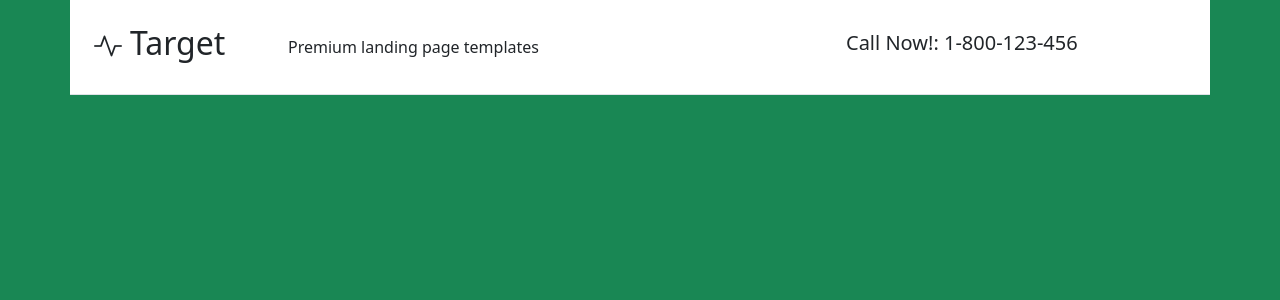
Repository: lyvandat/dh---bootstrap1
Page: index.html
These files come from the project's save history. The page is drawn as it stood at one moment and after the next save; the edit follows.
The browser window is 1280 px wide. The pictures show the whole page.
Some web libraries are served in a nearby version.

Above is the page before, as saved 2022-11-01 19:49:03.

### index.html
<!DOCTYPE html>
<html lang="en">
  <head>
    <!-- Required meta tags -->
    <meta charset="utf-8" />
    <meta name="viewport" content="width=device-width, initial-scale=1" />

    <!-- Bootstrap CSS -->
    <link
      href="https://cdn.jsdelivr.net/npm/bootstrap@5.0.2/dist/css/bootstrap.min.css"
      rel="stylesheet"
      integrity="sha384-EVSTQN3/azprG1Anm3QDgpJLIm9Nao0Yz1ztcQTwFspd3yD65VohhpuuCOmLASjC"
      crossorigin="anonymous"
    />
    <link
      rel="stylesheet"
      href="https://cdn.jsdelivr.net/npm/bootstrap-icons@1.9.1/font/bootstrap-icons.css"
    />
    <title>Hello, world!</title>
  </head>
  <body class="bg-success">
    <div
      class="container align-items-center bg-white p-4 border-bottom border-gray"
    >
      <div class="row">
        <div class="col-2 d-inline-flex me-2">
          <i class="bi bi-activity fs-3 me-2"></i>
          <h2>Target</h2>
        </div>
        <div class="col-6 d-flex align-items-center">
          <div class="text-gray font-style-italic">
            Premium landing page templates
          </div>
        </div>
        <div class="col-3 d-flex align-items-center">
          <h3 class="fs-5">Call Now!: 1-800-123-456</h3>
        </div>
      </div>
    </div>

    <!-- Optional JavaScript; choose one of the two! -->

    <!-- Option 1: Bootstrap Bundle with Popper -->
    <script
      src="https://cdn.jsdelivr.net/npm/bootstrap@5.0.2/dist/js/bootstrap.bundle.min.js"
      integrity="sha384-MrcW6ZMFYlzcLA8Nl+NtUVF0sA7MsXsP1UyJoMp4YLEuNSfAP+JcXn/tWtIaxVXM"
      crossorigin="anonymous"
    ></script>
  </body>
</html>

After the next save:
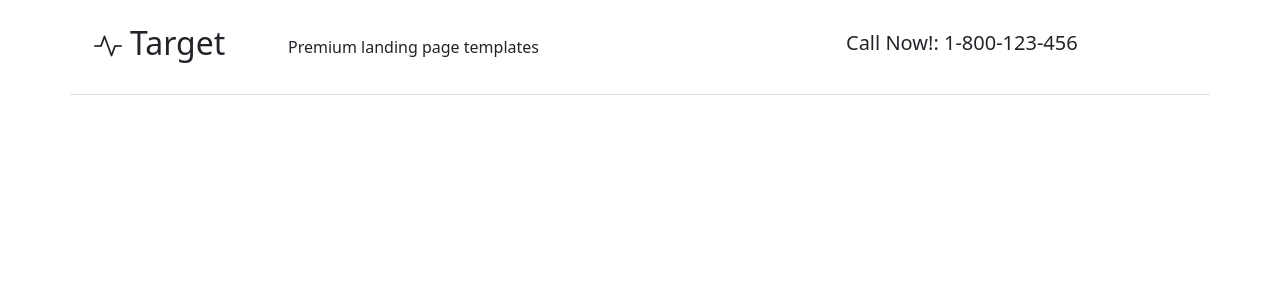
Saved 25 s later.
--- a/index.html
+++ b/index.html
@@ -18,7 +18,7 @@
     />
     <title>Hello, world!</title>
   </head>
-  <body class="bg-success">
+  <body class="bg-gray-300">
     <div
       class="container align-items-center bg-white p-4 border-bottom border-gray"
     >
